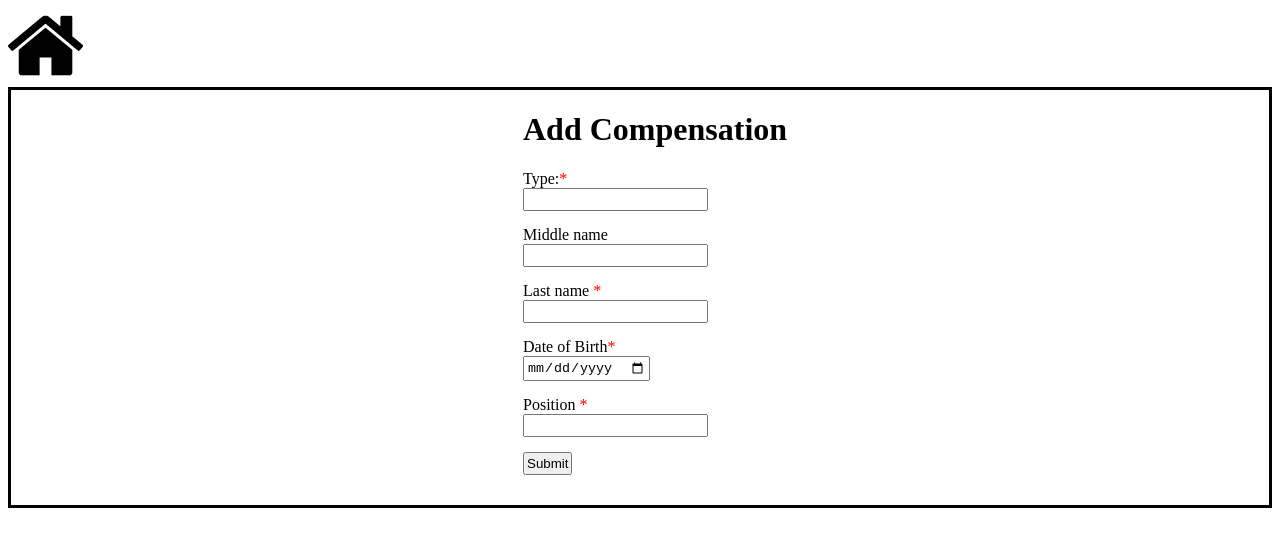
Repository: ticross18/SpringBootEmployeeSystem
Page: EmploymentSystem/src/main/resources/static/addComp.html
These files come from the project's save history. The page is drawn as it stood at one moment and after the next save; the edit follows.
The browser window is 1280 px wide. The pictures show the whole page.

Above is the page before, as saved 2022-05-17 18:24:30.

### EmploymentSystem/src/main/resources/static/addComp.html
<!DOCTYPE html>
<html>
<head>
	<title>Add Compensation</title>
	<meta charset="UTF-8">
	<meta name="viewport" content="width=device-width, initial-scale=1.0">
	<link href="css/screens.css" rel="stylesheet" type="text/css">
</head>
<body>

<a href="/"><img src="images/homeIcon2.png" id="homeButton" alt="home button"></a>

<div id="addEmpBox" >
<h1 id="title">Add Compensation</h1>


 <form id="userInput">
        	<label for="fname">Type:<span class="asterisk">*</span> </label><br>
            <input type="text" id="fname" name="fname"><br>
            <label for="mname">Middle name</label><br>
            <input type="text" id="mname" name="mname"><br>
            <label for="lname">Last name <span class="asterisk">*</span> </label><br>
            <input type="text" id="lname" name="lname"><br>
            <label for="dob">Date of Birth<span class="asterisk">*</span> </label><br>
            <input type="date" id="dob" name="dob"><br>
            <label for="position">Position <span class="asterisk">*</span> </label><br>
            <input type="text" id="position" name="position"><br>
            <input type="submit" id="submit" name ="submit"/>
        </tr>
 </form>
</div>

</body>
</html>

### EmploymentSystem/src/main/resources/static/css/screens.css
.container {
   display: flex;

}

#homeButton{
	width:75px;
	height:75px;
	position: relative;
}

.asterisk{
	color: red;
}

#addEmpBox {
	padding-left: 40vw;
	border: 3px solid rgb(0, 0, 0);
	padding-bottom: 15px;
}

#addEmpBox input {
	margin-bottom: 15px;
	padding: 2px;
}

#SearchEmpBox {
	border: 3px solid rgb(0, 0, 0);
	padding-bottom: 15px;
	margin-right: 15vw;
	text-align: center;
}

#userInput {
	display:inline-table;
}

#results {
	border: 2px solid black;
	margin: 10px;
	background-color: lightgrey;
	border-collapse: collapse;
	margin:  3vh 3vw;
}

#results th {
	padding: 2vh 3vw;
	border-left: 1px solid #000;
    border-right: 1px solid #000;
}

#results td {
	padding: 1vh 3vw ;
	border-left: 1px solid #000;
    border-right: 1px solid #000;

}

#finalEdit{
	text-align: left;
	position: left;
}

button.optionButtons {
	border-radius: 10px;
	margin-top: 10px;
	margin-right: 10vw;
	height: 5vh;
	border: 3px solid rgb(0, 0, 0);
}

button.optionButtons:active {
  box-shadow: 0 5px #666;
  transform: translateY(4px);
}

button.optionButtons:hover {
  background-color: rgb(255, 255, 128);
  cursor: pointer;
}

#dateRange {
	border: 3px solid rgb(0, 0, 0);
	width:fit-content;
	margin: 3vh;
	padding: 2vh;
}



.monthDropDown {
	width:110px;
}


tr.entries:hover {
  background-color: white;
  cursor: pointer;
}

h3 {
	background-color: lightgrey;

}

After the next save:
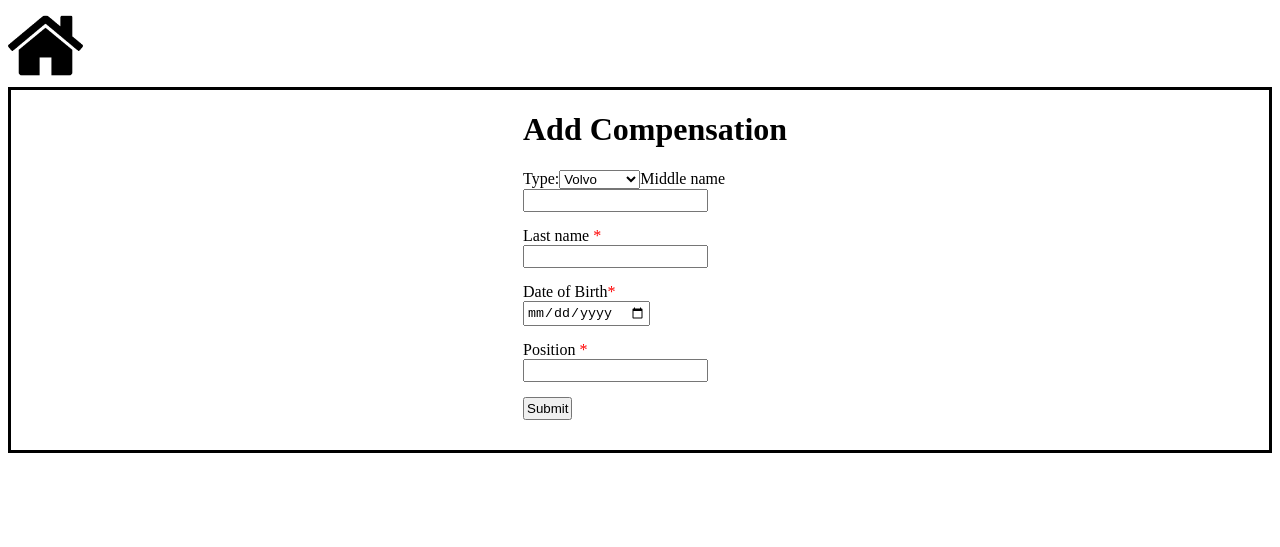
Saved 27 s later.
--- a/EmploymentSystem/src/main/resources/static/addComp.html
+++ b/EmploymentSystem/src/main/resources/static/addComp.html
@@ -15,8 +15,13 @@
 
 
  <form id="userInput">
-        	<label for="fname">Type:<span class="asterisk">*</span> </label><br>
-            <input type="text" id="fname" name="fname"><br>
+        	<label for="type">Type:</label>
+			<select name="type" id="cars">
+			  <option value="volvo">Volvo</option>
+			  <option value="saab">Saab</option>
+			  <option value="mercedes">Mercedes</option>
+			  <option value="audi">Audi</option>
+			</select>
             <label for="mname">Middle name</label><br>
             <input type="text" id="mname" name="mname"><br>
             <label for="lname">Last name <span class="asterisk">*</span> </label><br>
